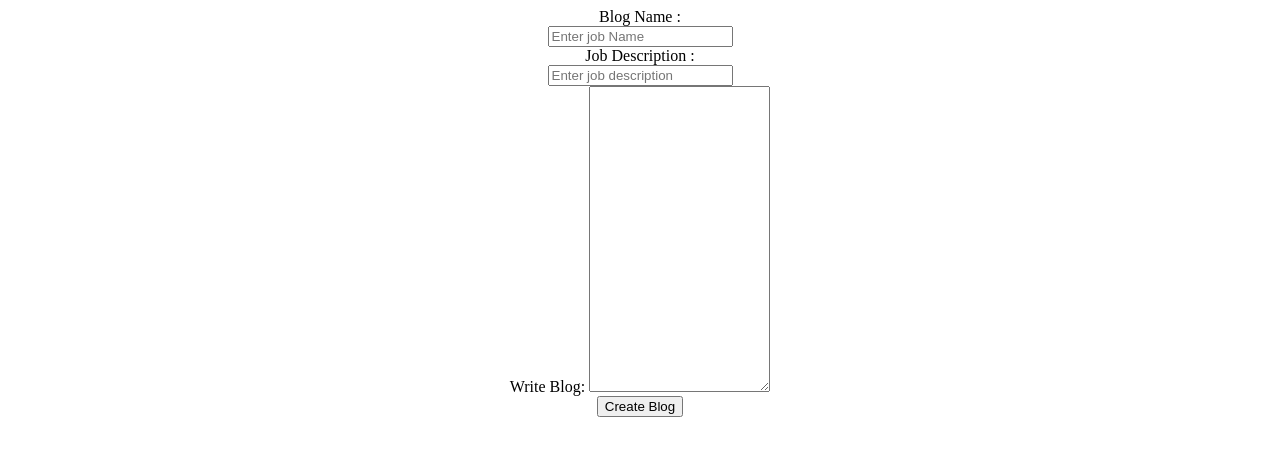
Repository: JamesArul/CLBSiteSTMT
Page: StudentsMeetFrontEnd/WebContent/Job/JobPost.html
These files come from the project's save history. The page is drawn as it stood at one moment and after the next save; the edit follows.
The browser window is 1280 px wide. The pictures show the whole page.

Above is the page before, as saved 2017-06-06 00:39:49.

After the next save:
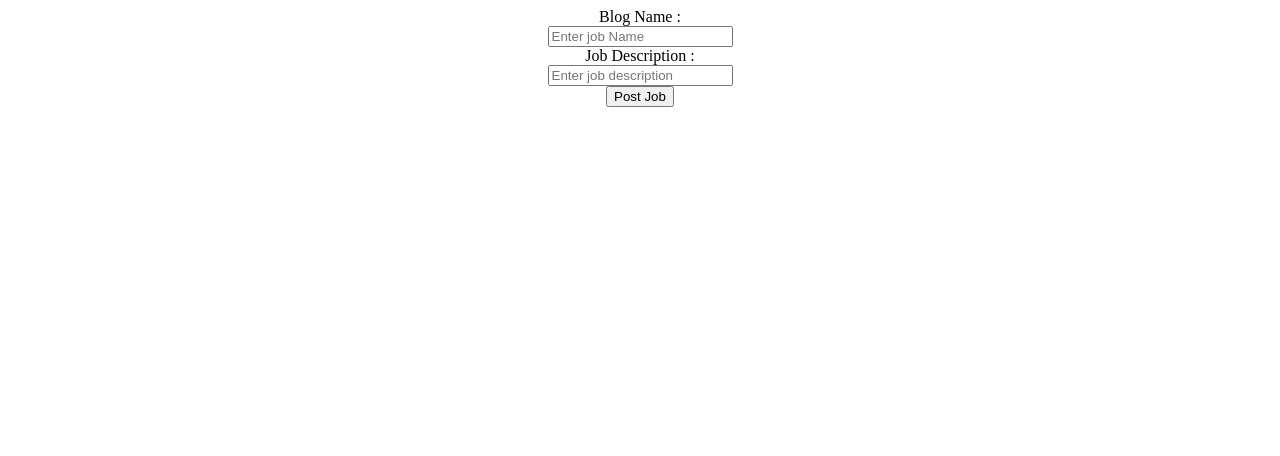
Saved 23 s later.
--- a/StudentsMeetFrontEnd/WebContent/Job/JobPost.html
+++ b/StudentsMeetFrontEnd/WebContent/Job/JobPost.html
@@ -15,12 +15,8 @@
     </div>
   </div>
   <div class="form-group">
-  	<label for="blogData">Write Blog:</label>
-  	<textarea class="form-control" rows="20" id="blogData" ng-model="btrl.blog.blogData"></textarea>
-  </div>
-  <div class="form-group">
     <div class="col-sm-offset-2 col-sm-10">
-	<input type="submit" value="Create Blog">
+	<input type="submit" value="Post Job">
 	</div>
 	</div>
 </form>
